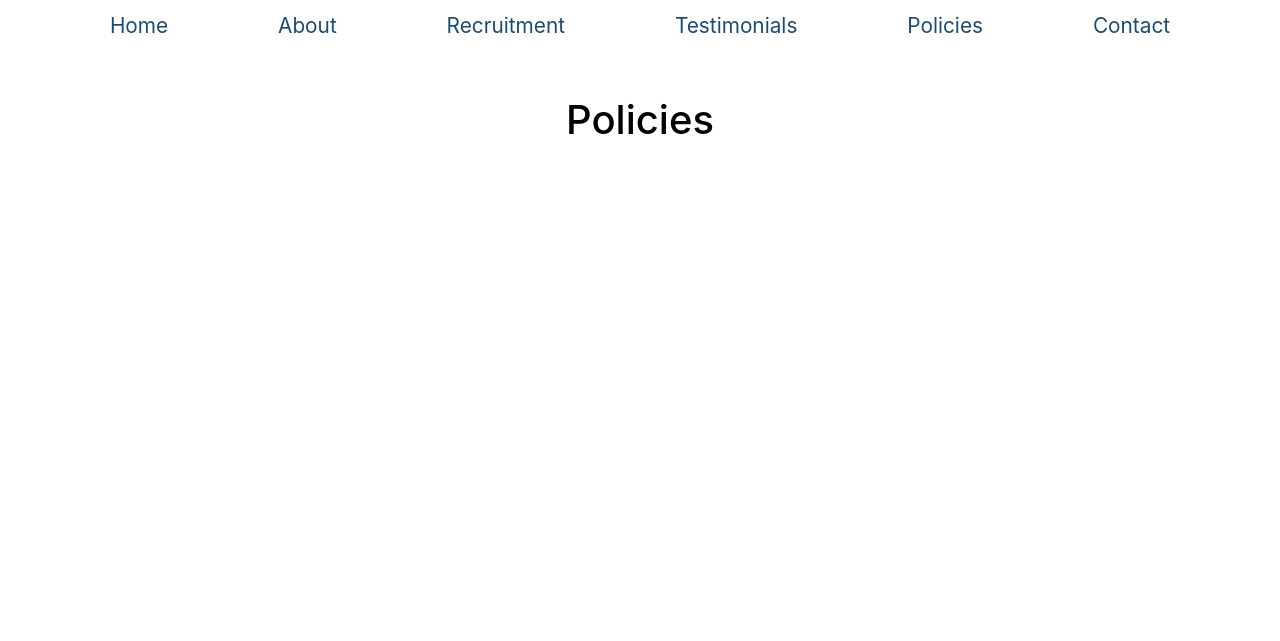
Repository: cerebrium/website
Page: /policies
The author's editor kept a copy of each file at every save. The page is drawn from the files as they stood at one save, then again after the next save.
The browser window is 1280 px wide. The pictures show the whole page.
The project was rebuilt for these pictures with package versions that can differ from the ones it lists, and the page was loaded fresh each time. Also part of the build but not shown: src/Routes/About.jsx, src/Routes/Recruitment.jsx, src/Routes/Testimonials.jsx, src/Routes/Home.jsx, src/Routes/Contact.jsx.

Above is the page before, as saved 2019-11-02 13:54:16.

After the next save:
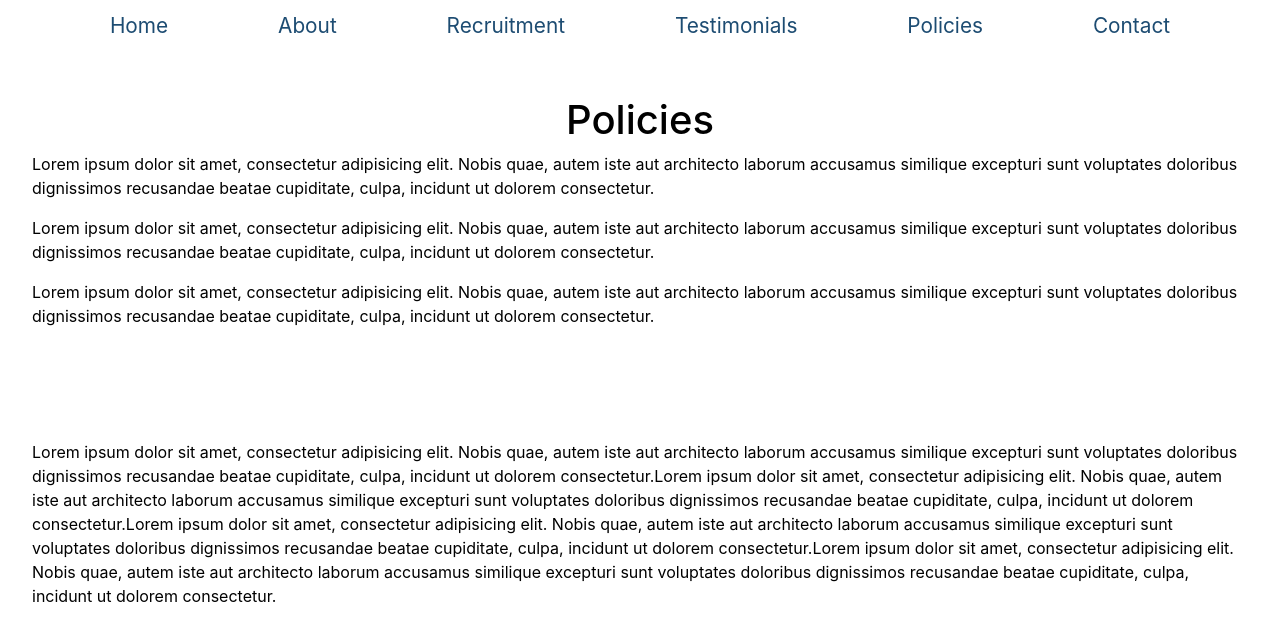
Saved 27 s later.
--- a/src/Routes/Policies.jsx
+++ b/src/Routes/Policies.jsx
@@ -7,6 +7,11 @@
                 <div className='rowCentering'>
                     <div className='contentCentering contentStyle'>
                         <h1>Policies</h1>
+                        <p>Lorem ipsum dolor sit amet, consectetur adipisicing elit. Nobis quae, autem iste aut architecto laborum accusamus similique excepturi sunt voluptates doloribus dignissimos recusandae beatae cupiditate, culpa, incidunt ut dolorem consectetur.</p>
+                        <p>Lorem ipsum dolor sit amet, consectetur adipisicing elit. Nobis quae, autem iste aut architecto laborum accusamus similique excepturi sunt voluptates doloribus dignissimos recusandae beatae cupiditate, culpa, incidunt ut dolorem consectetur.</p>
+                        <p>Lorem ipsum dolor sit amet, consectetur adipisicing elit. Nobis quae, autem iste aut architecto laborum accusamus similique excepturi sunt voluptates doloribus dignissimos recusandae beatae cupiditate, culpa, incidunt ut dolorem consectetur.</p>
+                        <br /><br /><br /><br />
+                        <p>Lorem ipsum dolor sit amet, consectetur adipisicing elit. Nobis quae, autem iste aut architecto laborum accusamus similique excepturi sunt voluptates doloribus dignissimos recusandae beatae cupiditate, culpa, incidunt ut dolorem consectetur.Lorem ipsum dolor sit amet, consectetur adipisicing elit. Nobis quae, autem iste aut architecto laborum accusamus similique excepturi sunt voluptates doloribus dignissimos recusandae beatae cupiditate, culpa, incidunt ut dolorem consectetur.Lorem ipsum dolor sit amet, consectetur adipisicing elit. Nobis quae, autem iste aut architecto laborum accusamus similique excepturi sunt voluptates doloribus dignissimos recusandae beatae cupiditate, culpa, incidunt ut dolorem consectetur.Lorem ipsum dolor sit amet, consectetur adipisicing elit. Nobis quae, autem iste aut architecto laborum accusamus similique excepturi sunt voluptates doloribus dignissimos recusandae beatae cupiditate, culpa, incidunt ut dolorem consectetur.</p>
                     </div>
                 </div>
             </div>
